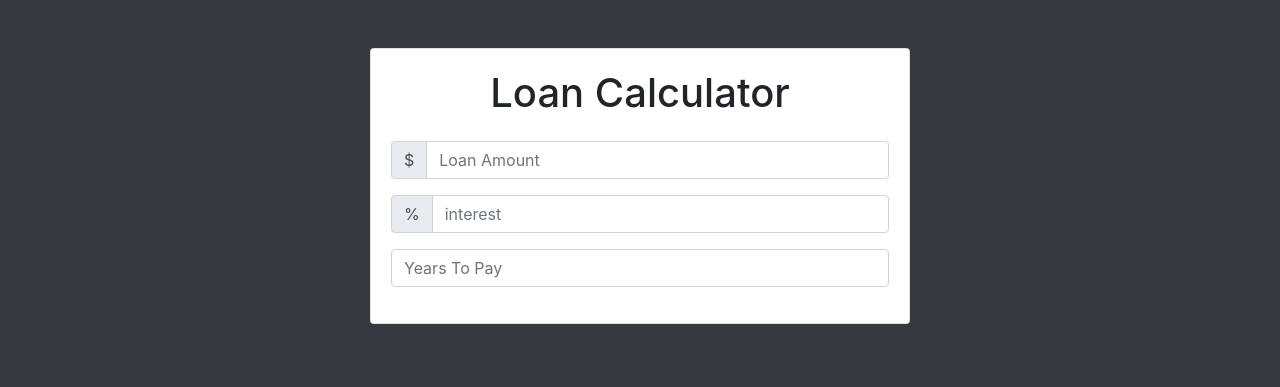
Repository: varun-project/LearningJs
Page: index.html
The author's editor kept a copy of each file at every save. The page is drawn from the files as they stood at one save, then again after the next save.
The browser window is 1280 px wide. The pictures show the whole page.

Above is the page before, as saved 2019-07-28 17:13:56.

### index.html
<!DOCTYPE html>
<html lang="en">
  <head>
    <!-- Required meta tags -->
    <meta charset="utf-8" />
    <meta
      name="viewport"
      content="width=device-width, initial-scale=1, shrink-to-fit=no"
    />

    <!-- Bootstrap CSS -->
    <link
      rel="stylesheet"
      href="https://stackpath.bootstrapcdn.com/bootstrap/4.3.1/css/bootstrap.min.css"
      integrity="sha384-ggOyR0iXCbMQv3Xipma34MD+dH/1fQ784/j6cY/iJTQUOhcWr7x9JvoRxT2MZw1T"
      crossorigin="anonymous"
    />

    <title>Hello, world!</title>
  </head>
  <body class="bg-dark">
    <div class="container">
      <div class="row">
        <div class="col-md-6 mx-auto">
          <div class="card card-body text-center mt-5">
            <h1 class="heading display-5 pb-3">Loan Calculator</h1>
            <form id="loan-form">
              <div class="form-group">
                <div class="input-group">
                  <div class="input-group-prepend">
                    <div class="input-group-text">$</div>
                  </div>
                  <input
                    type="number"
                    class="form-control"
                    id="amount"
                    placeholder="Loan Amount"
                  />
                </div>
              </div>
              <div class="form-group">
                  <div class="input-group">
                    <div class="input-group-prepend">
                      <div class="input-group-text">%</div>
                    </div>
                    <input
                      type="number"
                      class="form-control"
                      id="interest"
                      placeholder="interest"
                    />
                  </div>
                </div>
              <div class="form-group">
                  <input
                  type="number"
                  class="form-control"
                  id="years"
                  placeholder="Years To Pay"
                />
              </div>


            </form>
          </div>
        </div>
      </div>
    </div>

    <!-- Optional JavaScript -->
    <!-- jQuery first, then Popper.js, then Bootstrap JS -->
    <script
      src="https://code.jquery.com/jquery-3.3.1.slim.min.js"
      integrity="sha384-q8i/X+965DzO0rT7abK41JStQIAqVgRVzpbzo5smXKp4YfRvH+8abtTE1Pi6jizo"
      crossorigin="anonymous"
    ></script>
    <script
      src="https://cdnjs.cloudflare.com/ajax/libs/popper.js/1.14.7/umd/popper.min.js"
      integrity="sha384-UO2eT0CpHqdSJQ6hJty5KVphtPhzWj9WO1clHTMGa3JDZwrnQq4sF86dIHNDz0W1"
      crossorigin="anonymous"
    ></script>
    <script
      src="https://stackpath.bootstrapcdn.com/bootstrap/4.3.1/js/bootstrap.min.js"
      integrity="sha384-JjSmVgyd0p3pXB1rRibZUAYoIIy6OrQ6VrjIEaFf/nJGzIxFDsf4x0xIM+B07jRM"
      crossorigin="anonymous"
    ></script>
  </body>
</html>

After the next save:
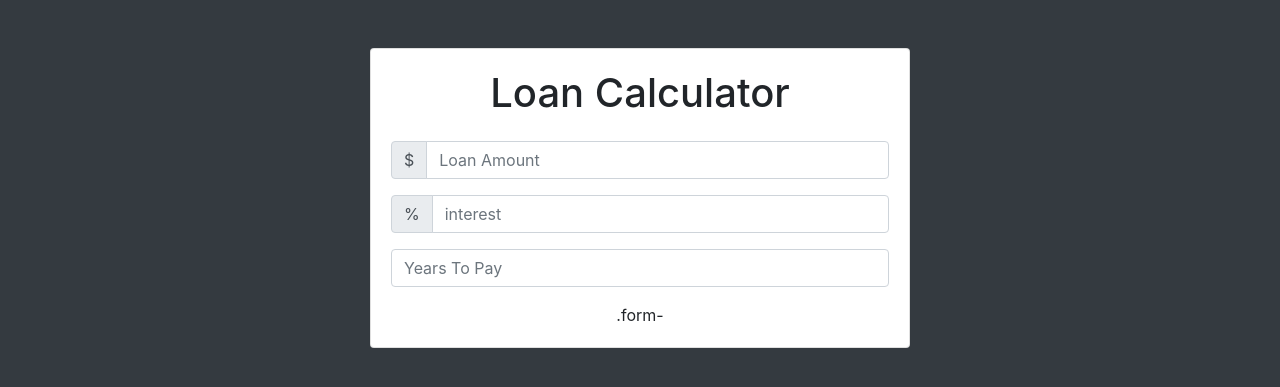
Saved 4 s later.
--- a/index.html
+++ b/index.html
@@ -59,7 +59,7 @@
                   placeholder="Years To Pay"
                 />
               </div>
-
+              .form-
 
             </form>
           </div>

After the save that followed:
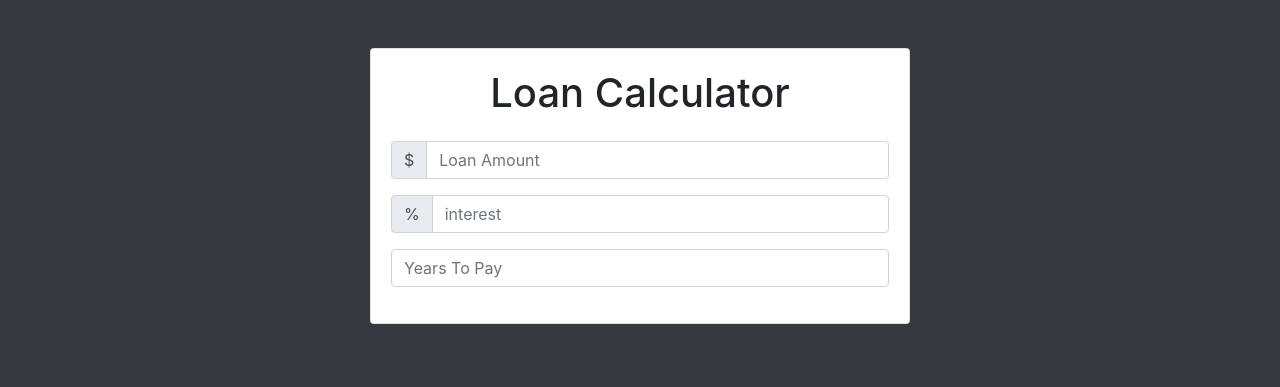
Saved 4 s later.
--- a/index.html
+++ b/index.html
@@ -59,7 +59,9 @@
                   placeholder="Years To Pay"
                 />
               </div>
-              .form-
+              <div class="form-group">
+
+              </div>
 
             </form>
           </div>
